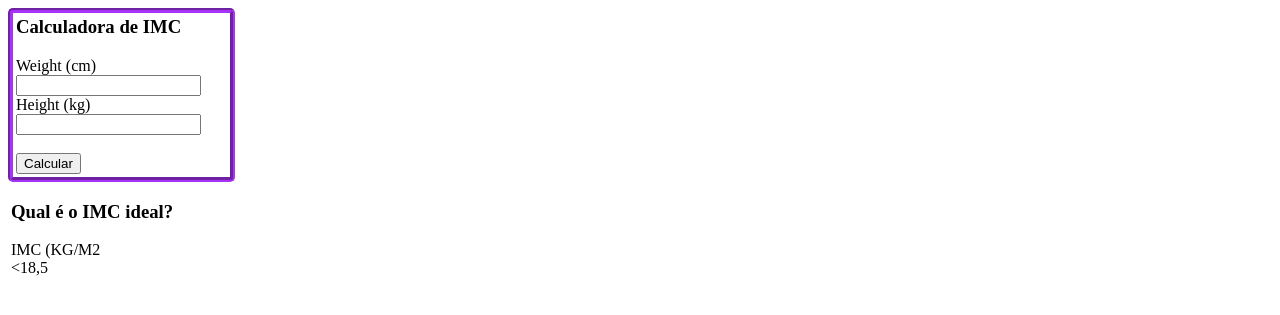
Repository: Patriciamativi/Projetos
Page: index.html
The author's editor kept a copy of each file at every save. The page is drawn from the files as they stood at one save, then again after the next save.
The browser window is 1280 px wide. The pictures show the whole page.

Above is the page before, as saved 2022-11-21 15:12:11.

After the next save:
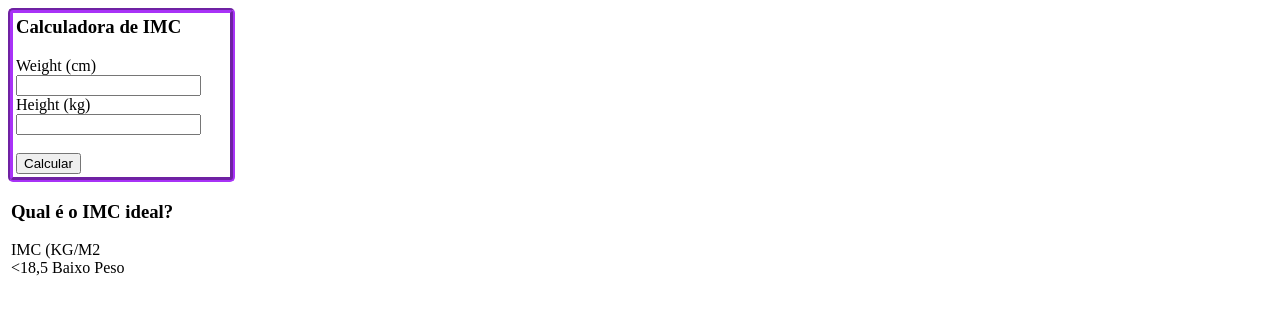
Saved 4 s later.
--- a/index.html
+++ b/index.html
@@ -39,7 +39,7 @@
                 <td> <h3>Qual é o IMC ideal?</h3>
 
                 IMC (KG/M2<br/>
-                <18,5
+                <18,5       Baixo Peso
 
 
         </table>
